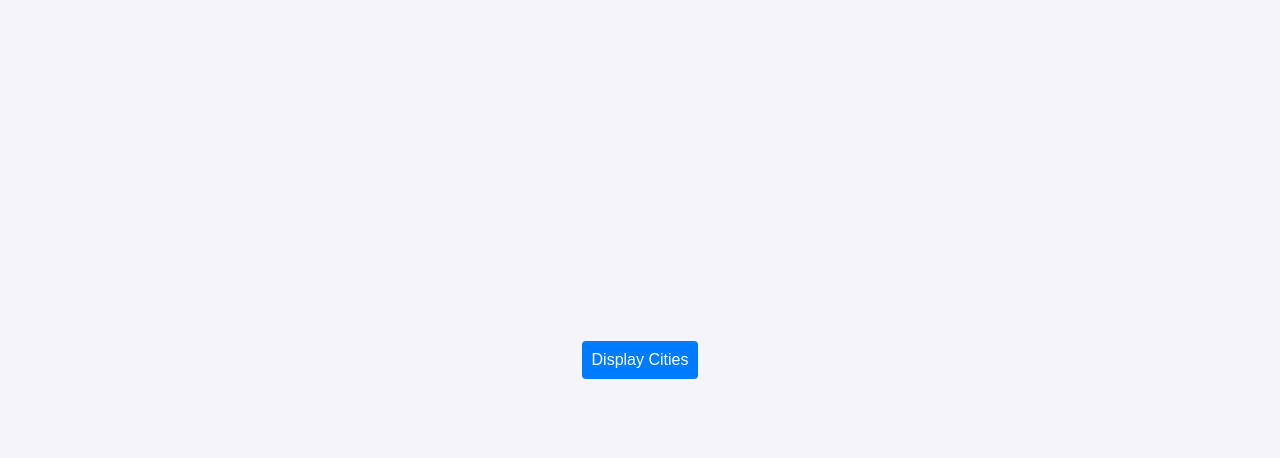
Repository: masonma21/city-list-app
Page: /
These files come from the project's save history. The page is drawn as it stood at one moment and after the next save; the edit follows.
The browser window is 1280 px wide. The pictures show the whole page.
The project was rebuilt for these pictures with package versions that can differ from the ones it lists, and the page was loaded fresh each time.

Above is the page before, as saved 2024-11-05 14:52:24.

After the next save:
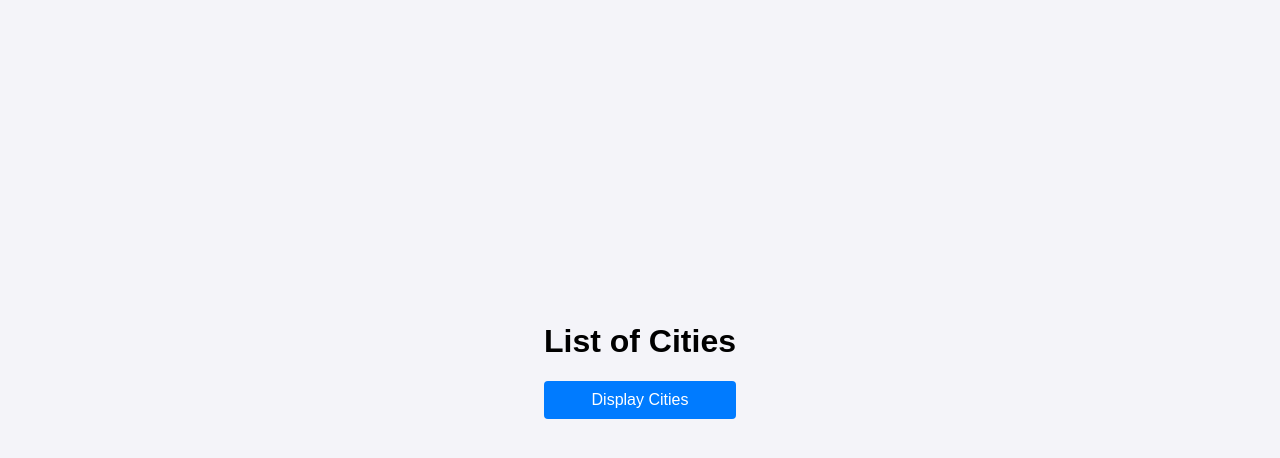
Saved 112 s later.
--- a/src/App.js
+++ b/src/App.js
@@ -64,9 +64,12 @@ function App() {
   return (
     <div className="app-container">
       {!showCities && (
-        <button className="display-button" onClick={handleDisplayCities}>
-          Display Cities
-        </button>
+        <div className="intro-container">
+          <h1 className="intro-title">List of Cities</h1>
+          <button className="display-button" onClick={handleDisplayCities}>
+            Display Cities
+          </button>
+        </div>
       )}
 
       {showCities && (
